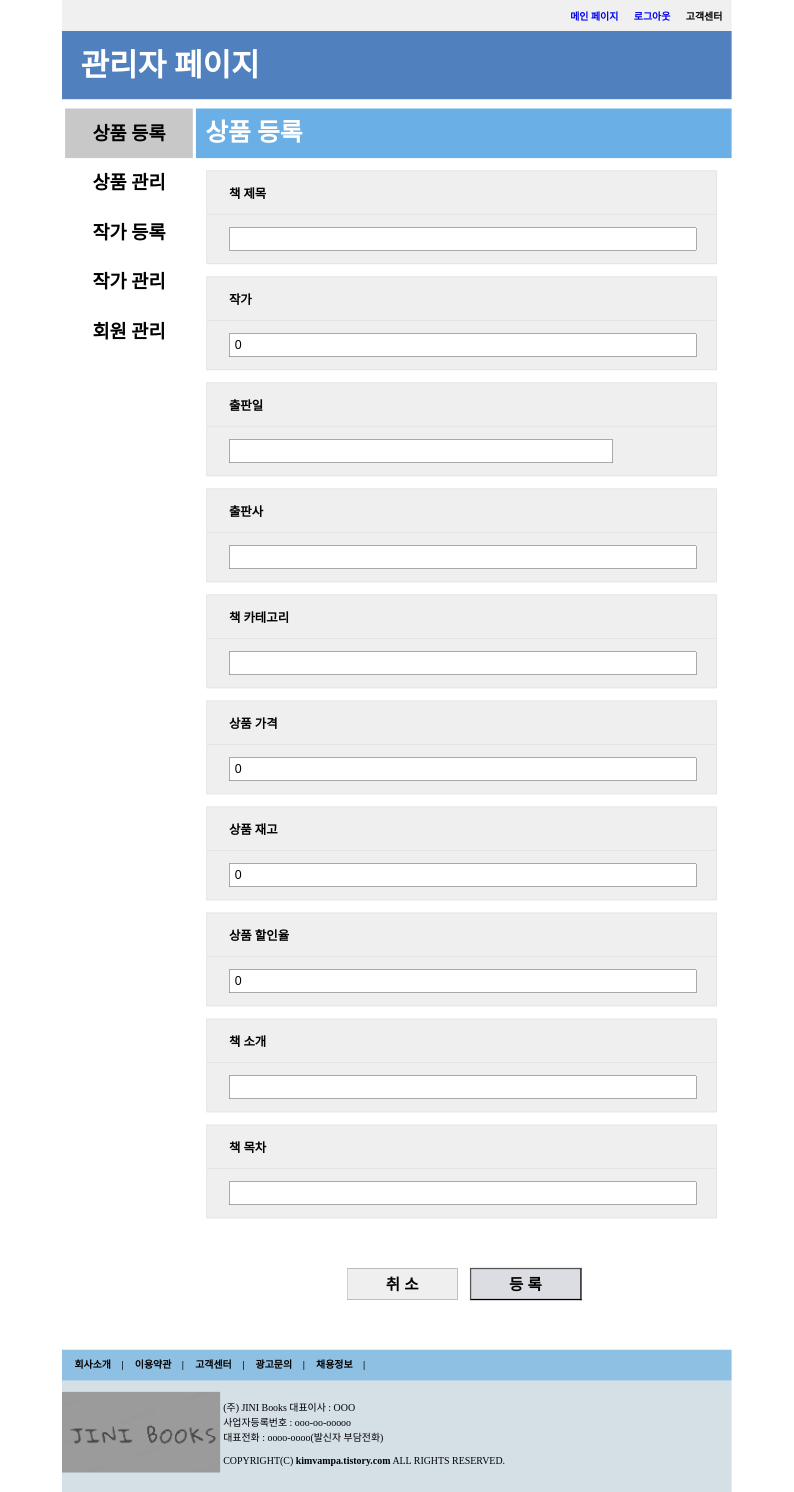
Repository: leechanjin7/ShoppingMall
Page: http://localhost/ShoppingMall/WEB-INF/views/admin/goodsEnroll.jsp
An editor plug-in stored every save of this project. The page is shown before and after the next save, followed by the edit.
The browser window is 1280 px wide. The pictures show the whole page, at 62% of full size.
The page is served by Tomcat 9. Nobody is signed in. The template is opened directly, without the code that normally fills it, so the values that code supplies are empty.

Above is the page before, as saved 2023-09-08 12:00:30.

After the next save:
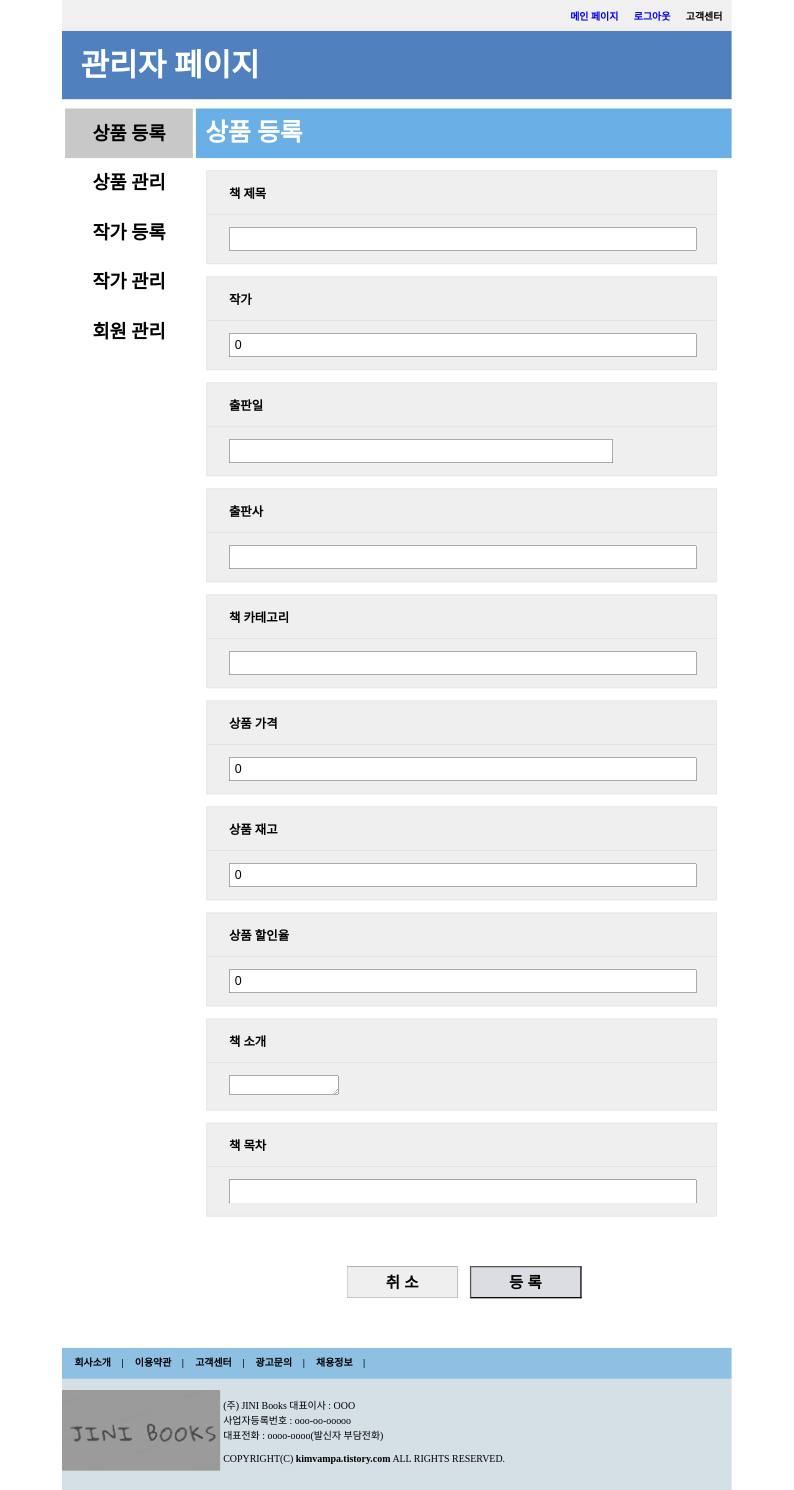
Saved 83 s later.
--- a/workspace/ShoppingMall/src/main/webapp/WEB-INF/views/admin/goodsEnroll.jsp
+++ b/workspace/ShoppingMall/src/main/webapp/WEB-INF/views/admin/goodsEnroll.jsp
@@ -91,7 +91,7 @@
                     				<label>책 소개</label>
                     			</div>
                     			<div class="form_section_content">
-                    				<input name="bookIntro">
+                    				<textarea name="bookIntro" id="bookIntro_textarea"></textarea>
                     			</div>
                     		</div>
                     		<div class="form_section">
